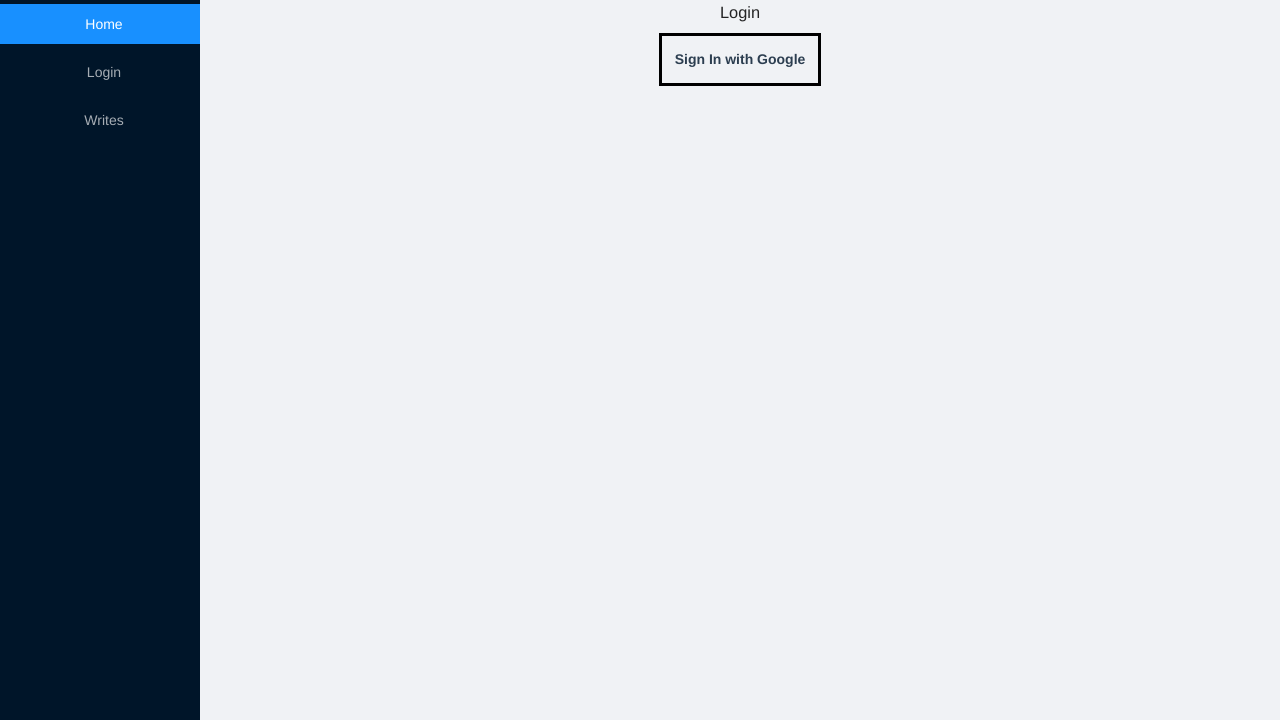
Repository: writesapp/mod
Page: /login
An editor plug-in stored every save of this project. The page is shown before and after the next save, followed by the edit.
The browser window is 1280 px wide. The pictures show the whole page.
The project was rebuilt for these pictures with package versions that can differ from the ones it lists, and the page was loaded fresh each time. Also part of the build but not shown: src/views/Home.vue, src/views/Writes.vue.

Above is the page before, as saved 2020-07-09 14:13:09.

After the next save:
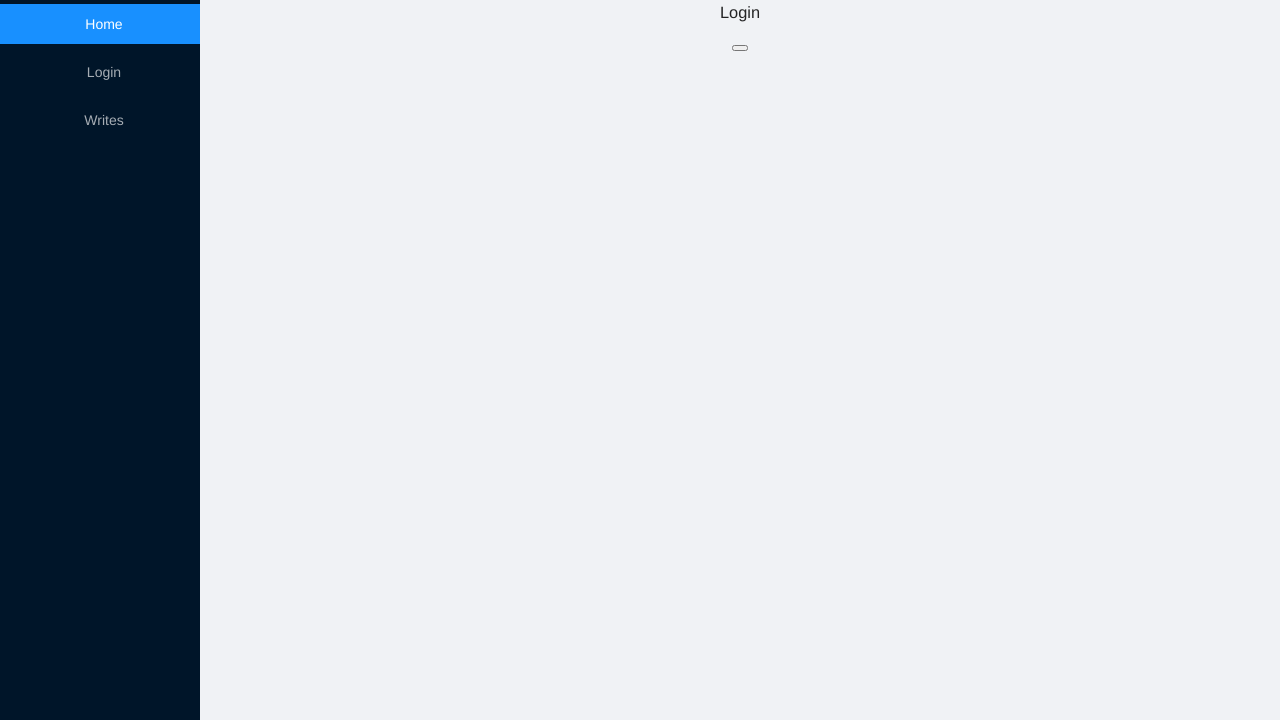
Saved 10 min 27 s later.
--- a/src/views/Login.vue
+++ b/src/views/Login.vue
@@ -2,7 +2,7 @@
   <div class="home">
     <div class="login">
       <h1>Login</h1>
-      <SigninButton @click.native="login()"></SigninButton>
+      <button @click.native="login()"></button>
     </div>
   </div>
 </template>
@@ -14,9 +14,6 @@ import store from '@/store';
 
 export default {
   name: 'Login',
-  components: {
-    SigninButton,
-  },
   mounted() {
     if (this.$store.state.user.loggedIn) this.$router.push('/');
   },
